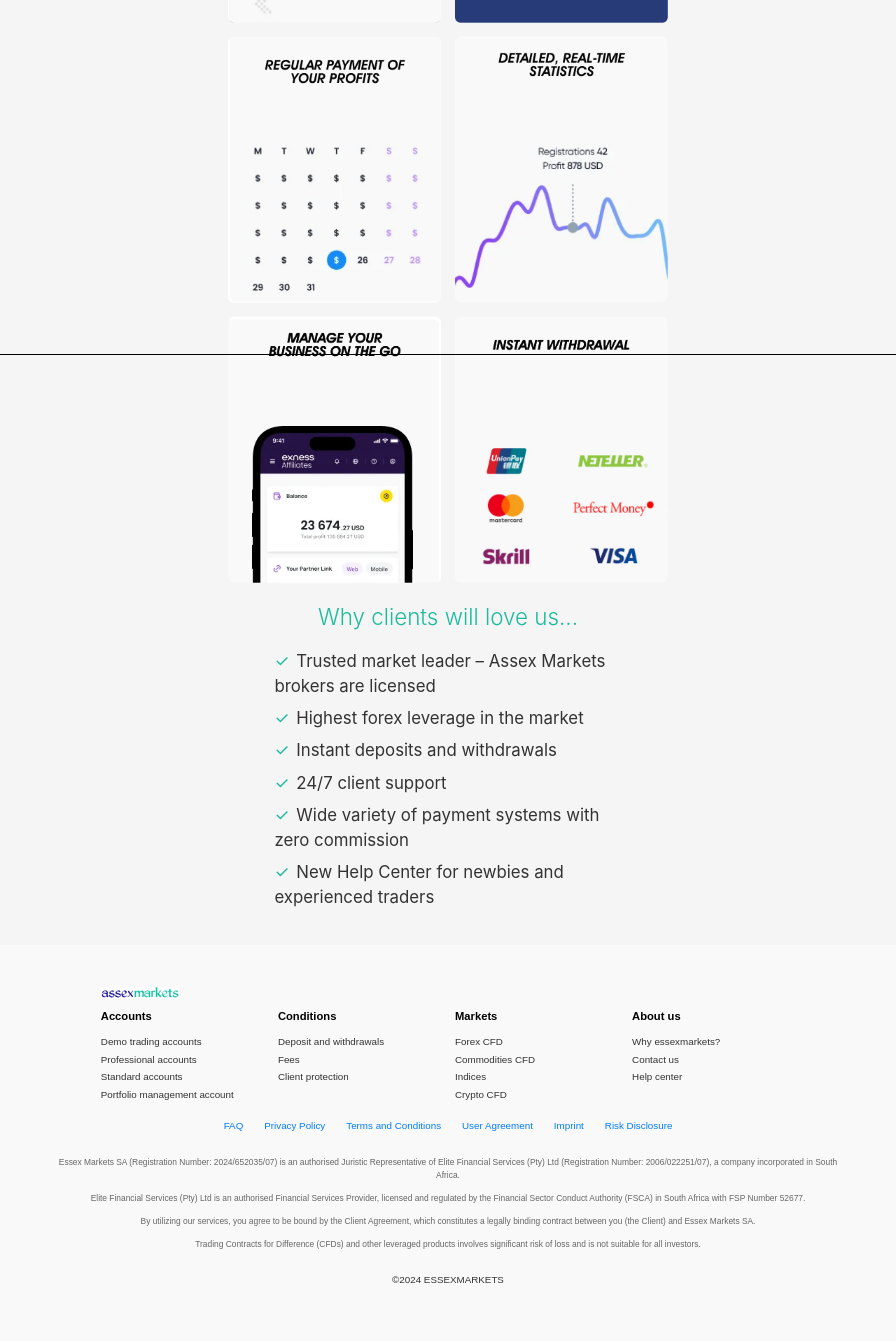
Repository: RevenewMarketing/Assex
Page: /partner
The author's editor kept a copy of each file at every save. The page is drawn from the files as they stood at one save, then again after the next save.
The browser window is 1280 px wide. The pictures show the part of the page from y = 2398 to 4318 px (the page is 4314 px tall before and 4318 px after), at 70% of full size.
The project was rebuilt for these pictures with package versions that can differ from the ones it lists, and the page was loaded fresh each time. Also part of the build but not shown: vite.config.ts, src/pages/home/sections/HeroSection.module.css, src/pages/home/sections/HeroSection.tsx, src/pages/home/sections/Section2.tsx, src/pages/home/sections/Section3.tsx, src/pages/home/sections/Section4.tsx, src/pages/home/sections/Section5.tsx, src/pages/home/sections/Section6.tsx and 10 more.

Above is the page before, as saved 2024-11-28 01:08:46.

### index.html
<!doctype html>
<html lang="en">
  <head>
    <meta charset="UTF-8" />
    <link rel="icon" type="image/svg+xml" href="/vite.svg" />
    <meta name="viewport" content="width=device-width, initial-scale=1.0" />
    <title>Assex</title>
  </head>
  <body>
    <div id="root"></div>
    <script type="module" src="/src/main.tsx"></script>
  </body>
</html>

### src/index.css
:root {
  font-family: Inter, system-ui, Avenir, Helvetica, Arial, sans-serif;
  line-height: 1.5;
  font-weight: 400;
  color-scheme: light dark;
  color: rgba(255, 255, 255, 0.87);
  background-color: #ffffff;
  font-synthesis: none;
  max-width: 1920px;
  margin: auto;
  text-rendering: optimizeLegibility;
  -webkit-font-smoothing: antialiased;
  -moz-osx-font-smoothing: grayscale;
}

a {
  font-weight: 500;
  color: #646cff;
  text-decoration: inherit;
}

a:hover {
  color: #535bf2;
}

body {
  margin: 0;
  display: flex;
  place-items: center;
  min-width: 320px;
  min-height: 100vh;
  background-color: #FFF;
  /* align-content: center; */
  flex-direction: column;
  justify-content: flex-start;
}

h1 {
  font-size: 3.2em;
  line-height: 1.1;
}

button {
  border-radius: 8px;
  border: 1px solid transparent;
  padding: 0.6em 1.2em;
  font-size: 1em;
  font-weight: 500;
  font-family: inherit;
  background-color: #1a1a1a;
  cursor: pointer;
  transition: border-color 0.25s;
}

button:hover {
  border-color: #646cff;
}

button:focus,
button:focus-visible {
  outline: 4px auto -webkit-focus-ring-color;
}

@media (prefers-color-scheme: light) {
  :root {
    color: #213547;
    background-color: #ffffff;
  }

  a:hover {
    color: #747bff;
  }

  button {
    background-color: #f9f9f9;
  }
}

### src/App.tsx

import './App.css'
// import Navigation from './pages/home/Navigation'
import NavigationMenu from './components/navigation-menu/NavigationMenu'

import { BrowserRouter, Route, Routes } from 'react-router';
import Home from './pages/home/Home';
import Footer from './components/footer-section/Footer';
import About from './pages/about/About';
import Partner from './pages/partner/Partner';

function App() {

  return (
    <>
    <BrowserRouter>
    <NavigationMenu />
    <Routes>
      <Route path="/" element={<Home />} />
      <Route path="/about" element={<About />} />
      <Route path="/partner" element={<Partner />} />
      {/* Define other routes */}
    </Routes>
    <Footer />
  </BrowserRouter>


    </>
  )
}

export default App

### src/App.css
#root {
  max-width: 1920px;
  width: 100%;
  margin: 0 auto;
  padding: 0;
  text-align: center;
}

.logo {
  height: 6em;
  padding: 1.5em;
  will-change: filter;
  transition: filter 300ms;
}
.logo:hover {
  filter: drop-shadow(0 0 2em #646cffaa);
}
.logo.react:hover {
  filter: drop-shadow(0 0 2em #61dafbaa);
}

@keyframes logo-spin {
  from {
    transform: rotate(0deg);
  }
  to {
    transform: rotate(360deg);
  }
}

@media (prefers-reduced-motion: no-preference) {
  a:nth-of-type(2) .logo {
    animation: logo-spin infinite 20s linear;
  }
}

.card {
  padding: 2em;
}

.read-the-docs {
  color: #888;
}

/* Auth Buttons */
.authButtons {
  /* margin-left: auto; */
  display: flex;
  gap: 10px;
}

### src/pages/partner/Partner.tsx
import Section1 from "./sections/Section1"
import Section2 from "./sections/Section2"
import Section3 from "./sections/Section3"


const Partner = () => {
  return (
    <div>
      <Section1 />
      <Section2 />
      <Section3 />
    </div>
  )
}

export default Partner

### src/components/navigation-menu/NavigationMenu.module.css
.navigationContainer {
  position: relative;
  font-family: Arial, sans-serif;
}

/* Navigation Bar */
.navigationBar {
  position: fixed;
  top: 0;
  left: 0;
  width: 100%;
  display: flex;
  background-color: #ffffff;
  padding: 10px 20px;
  box-sizing: border-box;
  z-index: 1001;
  justify-content: center;
}

/* Menu Item Container */
.menuItemContainer {
  margin-right: 20px;
}

/* Menu Items */
.menuItem {
  background: none;
  border: none;
  color: rgb(34, 34, 34);
  font-size: 16px;
  cursor: pointer;
  transition: opacity 0.3s;
}

.menuItem:hover {
  opacity: 0.7;
}

.active {
  opacity: 0.5;
}



.languageSelector {
  margin-left: 20px;
  display: flex;
  align-items: center;
  font-size: 14px;
  color: #000000d8;
  cursor: pointer;
}

.globeIcon {
  margin-right: 5px;

}

/* Submenu */
.submenu {
  position: fixed;
  top: 50px;
  left: 0;
  width: 100%;
  height: 300px;
  background-color: #ffffff;
  box-shadow: 0 4px 8px rgba(0, 0, 0, 0.2);
  padding: 20px;
  box-sizing: border-box;
  z-index: 1000;
  opacity: 0;
  transform: translateY(-100%);
}

.submenuContent {
  display: flex
  ;
      justify-content: flex-start;
      gap: 10dvw;
      padding: 0 5dvw;
}

.submenuSection h4 {
  color: #0000003d;
}

.submenuSection {
  text-align: left;
}

.submenuSection a {
  color: #000000;
  text-decoration: none;
  cursor: pointer;
  transition: color 0.3s;
}

.submenuSection a:hover {
  color: #00b074;
  transition: color 0.3s;
}

/* Fade In Animation */
.fadeIn {
  animation: slide-in-top 0.3s cubic-bezier(0.25, 0.46, 0.45, 0.94) forwards;
}

@keyframes slide-in-top {
  0% {
    transform: translateY(-100%);
    opacity: 0;
  }
  100% {
    transform: translateY(0);
    opacity: 1;
  }
}

/* Fade Out Animation */
.fadeOut {
  animation: slide-out-top 0.3s cubic-bezier(0.25, 0.46, 0.45, 0.94) forwards;
}

@keyframes slide-out-top {
  0% {
    transform: translateY(0);
    opacity: 1;
  }
  100% {
    transform: translateY(-100%);
    opacity: 0;
  }
}

/* Overlay */
.overlay {
  position: fixed;
  top: 50px;
  left: 0;
  width: 100%;
  height: calc(100% - 50px);
  background: rgba(0, 0, 0, 0.5);
  z-index: 999;
  opacity: 0;
  visibility: hidden;
  transition: opacity 0.3s ease, visibility 0.3s ease;
}

.fadeInOverlay {
  opacity: 1;
  visibility: visible;
  backdrop-filter: blur(5px);
}

.fadeOutOverlay {
  opacity: 0;
  visibility: hidden;
}

/* Page Content */
.pageContent {
  /* padding: 80px 20px 20px 20px; */
  transition: opacity 0.3s;
}

.dimmed {
  opacity: 0.3;
}

### src/components/ReusableButton.tsx

import styles from './GlobalComponentStyles.module.css';

type Props = {
  link?: string;
  text: string;
  type: 'register' | 'sign-in' | 'logout' | 'profile' | 'settings' | 'help' | 'free-trial' | 'learn-more' | 'dark' | 'light';
};

export default function ReusableButton({ link, text, type }: Props) {
  return (
      <button
      style={{
        backgroundColor: type === 'register' ? '#19BC9C' :
        type === 'sign-in' ? '#F4F6F7' :
        type === 'logout' ? '#FF6347' :
        type === 'profile' ? '#FFA07A' :
        type === 'settings' ? '#FF7F50' :
        type === 'help' ? '#FFA500' :
        type === 'free-trial' ? '#FFD700' :
        type === 'learn-more' ? '#FF4500' :
        type === 'dark' ? '#4C4B4D' :
        type === 'light' ? '#fff' : '#000',
        color: type === 'dark' ? '#fff' : '#000'
      }}
        className={styles.registerButton}
        onClick={() => window.open(link, '_blank')}
      >{text}
      </button>

  );
}

### src/components/footer-section/FooterStyles.module.css
.footerContainer {
  background-color: #f9f9f9;
  color: #333;
  padding: 60px 20px;
  font-family: Arial, sans-serif;
  font-size: 14px;
  line-height: 1.8;
}

.footerContainer h4 {
  font-size: 16px;
  font-weight: bold;
  margin-bottom: 10px;
  color: #000;
  text-align: left;
  margin-top: 0;
}

.footerContainer ul {
  list-style-type: none;
  padding: 0;
  margin: 0;
  text-align: left;
}

.footerContainer ul li {
  margin-bottom: 0px;
  cursor: pointer;
}

.footerContainer ul li:hover {
  color: #00b894;
}

.footerContainer .columnsContainer {
  display: flex;
  justify-content: space-between;
  gap: 20px;
  flex-wrap: wrap;
  margin-bottom: 40px;
  width: 80%;
  margin: auto;
}

.footerContainer .columnsContainer>div {
  flex: 1;
  min-width: 180px;
  /* Ensures alignment and proper spacing */
}



.footerContainer .linksContainer {
  text-align: center;
  margin: 20px 0 30px;
}

.footerContainer .linksContainer a {
  color: #007bff;
  text-decoration: none;
  margin: 0 15px;
  font-size: 14px;
}

.footerContainer .linksContainer a:hover {
  text-decoration: underline;
}

.footerContainer .details {
  font-size: 12px;
  color: #666;
  line-height: 1.5;
  margin: 20px auto;
  text-align: center;
  width: 90%;
}

.footerContainer .details p {
  margin-bottom: 15px;
}

.footerContainer .logoContainer {
  text-align: left;
  margin: auto;
  width: 80%;
}

.footerContainer .logoContainer img {
  max-width: 150px;
}

.footerContainer .copyright {
  text-align: center;
  font-size: 14px;
  margin-top: 30px;
}

### src/pages/partner/sections/Section1.tsx
import styles from './Section1.module.css';
import backgroundImage from '../../../assets/pages/Partner/1-hero-banner-partner.jpg';

const section1Content = {
  title: "ASSEX MARKETS PARTNERSHIP PROGRAMS",
  description: "Earn a stable income by introducing clients to a global market leader",
  backgroundImage: backgroundImage, // Replace with your background image path
  buttonLink: "https://my.assexmarkets.com/auth/register",
};

const Section1: React.FC = () => {
  return (
    <section
      style={{
        backgroundImage: `url(${section1Content.backgroundImage})`,
      }}
      className={styles.section1}
    >
      <div className={styles.overlay}></div>
      <div className={styles.content}>
        <h1 className={styles.title}>{section1Content.title}</h1>
        <p className={styles.description}>{section1Content.description}</p>
        <button onClick={
          () => {
            window.open(section1Content.buttonLink, "_blank");
        }} className={styles.startButton}>Start now</button>
      </div>
      <div className={styles.details}>
        <p>2000 Partners</p>
        <p>$12 Million Paid to the partners</p>
        <p>$110K Top partner payout per month</p>
      </div>
    </section>
  );
};

export default Section1;

### src/pages/partner/sections/Section2.tsx

import styles from './Section2.module.css';
import box1 from '../../../assets/pages/Partner/2-section1-icon1.png';
import box2 from '../../../assets/pages/Partner/2-section1-icon2.png';

const section2Content = {
  title: "What we offer",
  cards: [
    {
      icon: box1,
      title: "Introducing Broker Program",
      description: "You get up to 40% of our revenue Earn up to 40% of our revenue from every active trader you refer to us. If they’re trading, you’re earning.",
      buttonText: "Learn more"
    },
    {
      icon: box2,
      title: "Affiliate Program",
      description: "You get up to $1850 of our revenue We are leading the industry with scheduled and attractive payouts. We offer a range of commission plans, so you can choose the best fit for you.",
      buttonText: "Learn more"
    }
  ]
};

const Section2: React.FC = () => {
  return (
    <section className={styles.section2}>

      <h2 className={styles.title}>{section2Content.title}</h2>
      <div className={styles.cardsContainer}>
        {section2Content.cards.map((card, index) => (

          <div key={index} className={styles.card}>
            <img src={card.icon} alt="icon" className={styles.cardIcon} />
            <h3 className={styles.cardTitle}>{card.title}</h3>
            <p className={styles.cardDescription}>{card.description}</p>
            <button className={styles.learnMoreButton}>{card.buttonText}</button>
          </div>
        ))}
      </div>
    </section>
  );
};

export default Section2;

### src/pages/partner/sections/Section3.tsx

import styles from './Section3.module.css';
import globeImage from '../../../assets/pages/Partner/3-section2-card1.png';
import cardsImage1 from '../../../assets/pages/Partner/3-section2-card2.png';
import statsImage from '../../../assets/pages/Partner/3-section2-card3.png';
import phoneImage from '../../../assets/pages/Partner/3-section2-card4.png';
import cardsImage2 from '../../../assets/pages/Partner/3-section2-card5.png';
import cardImage3 from '../../../assets/pages/Partner/3-section2-card6.png';


const section3Content = {
  title: "Why become an Assex Markets partner?",
  images: [
    globeImage,
    cardsImage1,
    statsImage,
    phoneImage,
    cardsImage2,
    cardImage3
  ],
  reasons: [
    "Trusted market leader – Assex Markets brokers are licensed",
    "Highest forex leverage in the market",
    "Instant deposits and withdrawals",
    "24/7 client support",
    "Wide variety of payment systems with zero commission",
    "New Help Center for newbies and experienced traders"
  ]
};

const Section3: React.FC = () => {
  return (
    <section className={styles.section3}>
      <h2 className={styles.title}>{section3Content.title}</h2>
      <div className={styles.featuresContainer}>
        {section3Content.images.map((image, index) => (
          <img key={index} src={image} alt="featured Images"/>
        ))}
      </div>
      <h2 className={styles.reasonsTitle}>Why clients will love us...</h2>
      <ul className={styles.reasonsList}>
        {section3Content.reasons.map((reason, index) => (
          <li key={index} className={styles.reason}>{reason}</li>
        ))}
      </ul>
    </section>
  );
};

export default Section3;

### src/components/GlobalComponentStyles.module.css


.registerButton {
  background-color: #00b074;
  color: white;
  border: none;
  padding: 8px 16px;
  font-size: 14px;
  border-radius: 4px;
  cursor: pointer;
}

.signInButton {
  background-color: #f4f4f4;
  color: #333;
  border: 1px solid #ccc;
  padding: 8px 16px;
  font-size: 14px;
  border-radius: 4px;
  cursor: pointer;
}

### src/pages/partner/sections/Section1.module.css
.section1 {
  position: relative;
  background-size: cover;
  background-position: center;
  height: 760px;
  display: flex;
  align-items: center;
  justify-content: space-between;
  color: white;
  padding: 0 40px;
}

.overlay {
  position: absolute;
  top: 0;
  right: 0;
  width: 100%; /* Adjusts the gradient coverage */
  height: 100%;

  z-index: 1;
}

.content {
  position: relative;
  z-index: 2;
  max-width: 50%;
  text-align: left;
}

.content p {
  font-size: 1rem;
  line-height: 1.5;
}

.title {
  font-size: 4.5rem;
  font-weight: bold;
  margin-bottom: 20px;
  text-transform: uppercase;
}

.description {
  font-size: 2rem;
  line-height: 1.2;
  margin-bottom: 20px;
}

.startButton {
  padding: 10px 20px;
  background-color: #1ABC9C;
  color: white;
  border: none;
  border-radius: 5px;
  cursor: pointer;
  font-size: 1rem;
}

.details {
  position: relative;
  z-index: 2;
  max-width: 50%;
  text-align: left;
  margin-left: auto;
  width: 375px;
}

.details p {
  font-size: 2rem;
  line-height: 1.5;
}

### src/pages/partner/sections/Section2.module.css
.section2 {
  background-image: url("../../../assets/pages/Homepage/3-Section-3-BG.png");
  background-size: cover;
  background-position: center;
  color: white;
  padding: 40px 20px;
  text-align: center;
  min-height: 50dvh;
}

.title {
  font-size: 5rem;
  margin-bottom: 40px;
}

.cardsContainer {
  display: flex;
  justify-content: space-evenly;

}

.card {
  background-color: white;
  color: #000000;
  border-radius: 10px;
  padding: 3rem;
  flex: 1;
  max-width: 25%;
  text-align: left;
  display: flex;
  flex-direction: column;
  align-items: center;
  justify-content: space-between;
}

.cardIcon {
  width: 40px;
  margin: 0px;
  color: #1ABC9C;
  /* Blue color for the icon */
}

.cardTitle {
  font-size: 2rem;
  margin-bottom: 10px;
  color: #1ABC9C;
  font-weight: 400;
}

.cardDescription {
  font-size: 1.5rem;
  font-weight: 300;
  margin-bottom: 20px;
}

.learnMoreButton {
  padding: 10px 20px;
  background-color: #1ABC9C;
  /* Blue background for the button */
  color: white;
  border: none;
  border-radius: 5px;
  cursor: pointer;
  font-size: 1rem;
}

.learnMoreButton:hover {
  background-color: #1ABC9C;
  /* Darker blue on hover */
}

### src/pages/partner/sections/Section3.module.css
.section3 {
  background-color: #f5f5f5;
  /* Light background */
  color: #333;
  padding: 40px 20px;
  text-align: center;
}

.title {
  font-size: 5rem;
  margin-bottom: 40px;
  color: #1ABC9C;
  /* Blue color for the title */
}

.featuresContainer {
  display: flex;
  justify-content: center;
  gap: 20px;
  flex-wrap: wrap;
  margin-bottom: 40px;
  flex-direction: row;
  max-width: 65%;
  margin: auto;
  position: relative;
}

.featuresContainer img {
  transition: transform 0.3s ease;
}

.featuresContainer img:hover {
  transform: scale(1.05);
  transition: transform 0.3s ease;
  border: 1px solid #1ABC9C;
  border-radius: 10px;
}

.feature {
  background-color: white;
  border-radius: 10px;
  padding: 20px;
  flex: 1;
  max-width: 300px;
  text-align: center;
  box-shadow: 0 4px 8px rgba(0, 0, 0, 0.1);
}

.featureImage {
  max-width: 100%;
  height: auto;
  margin-bottom: 10px;
}

.featureTitle {
  font-size: 1.5rem;
  margin-bottom: 10px;
  color: #1ABC9C;
  /* Blue color for the title */
}

.featureDescription {
  list-style-type: none;
  padding: 0;
}

.featureDescription li {
  font-size: 1rem;
  margin-bottom: 5px;
}

.reasonsTitle {
  font-size: 2rem;
  margin-bottom: 20px;
  color: #1ABC9C;
  font-weight: 300;
}

.reasonsList {
  list-style-type: none;
  padding: 0;
  text-align: left;
  margin: auto;
  max-width: 40%;
}

.reason {
  font-size: 1.5rem;
  margin-bottom: 10px;
}

.reason::before {
  content: "✓";
  color: #1ABC9C;
  /* Blue color for the checkmark */
  margin-right: 10px;
}

Loaded but not shown: src/main.tsx (common file); src/components/navigation-menu/NavigationMenu.tsx (254 lines, source omitted); src/components/footer-section/Footer.tsx (87 lines, source omitted)

After the next save:
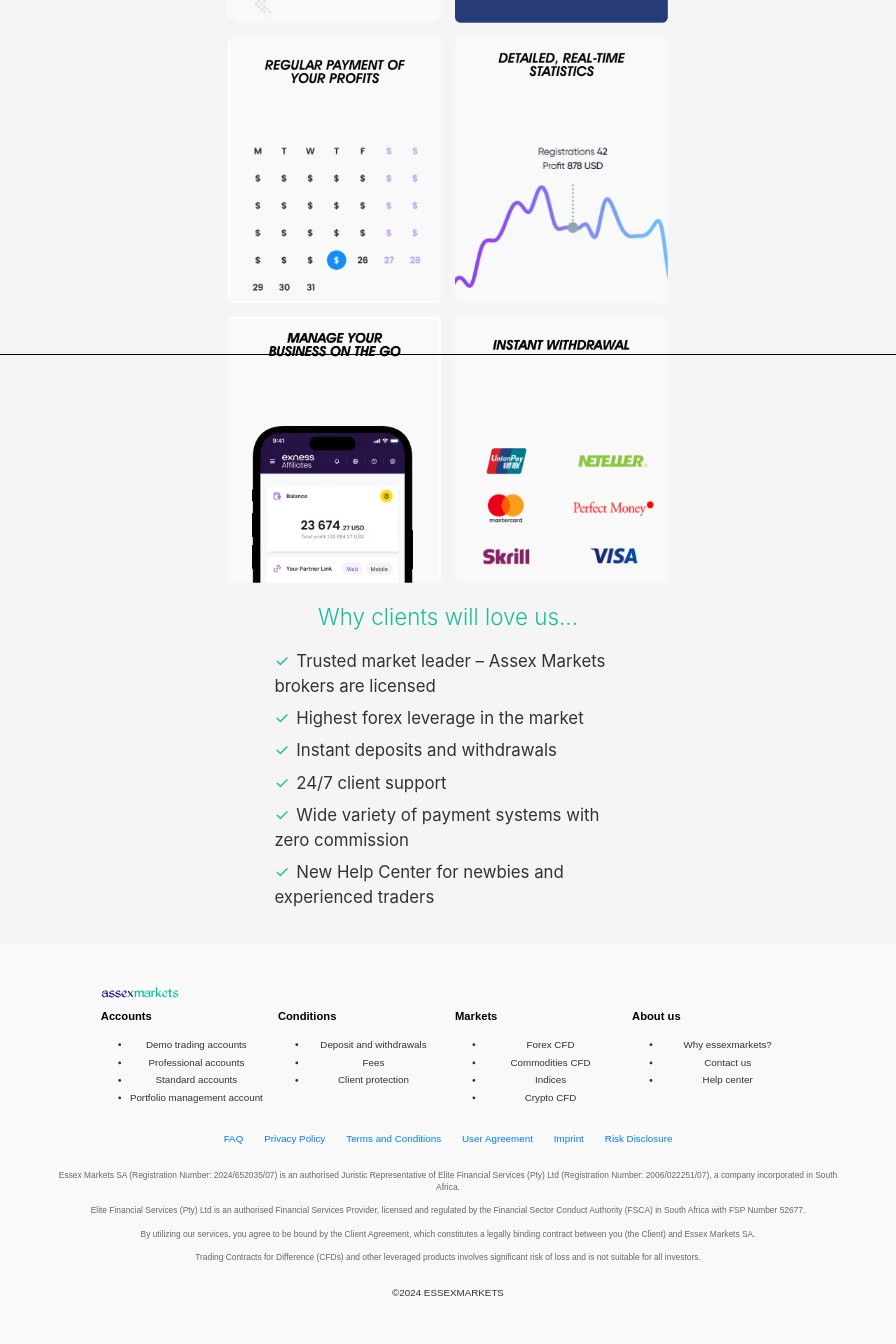
Saved 28 s later.
--- a/src/components/footer-section/FooterStyles.module.css
+++ b/src/components/footer-section/FooterStyles.module.css
@@ -16,20 +16,8 @@
   margin-top: 0;
 }
 
-.footerContainer ul {
-  list-style-type: none;
-  padding: 0;
+.footerContainer p {
   margin: 0;
-  text-align: left;
-}
-
-.footerContainer ul li {
-  margin-bottom: 0px;
-  cursor: pointer;
-}
-
-.footerContainer ul li:hover {
-  color: #00b894;
 }
 
 .footerContainer .columnsContainer {

After the save that followed:
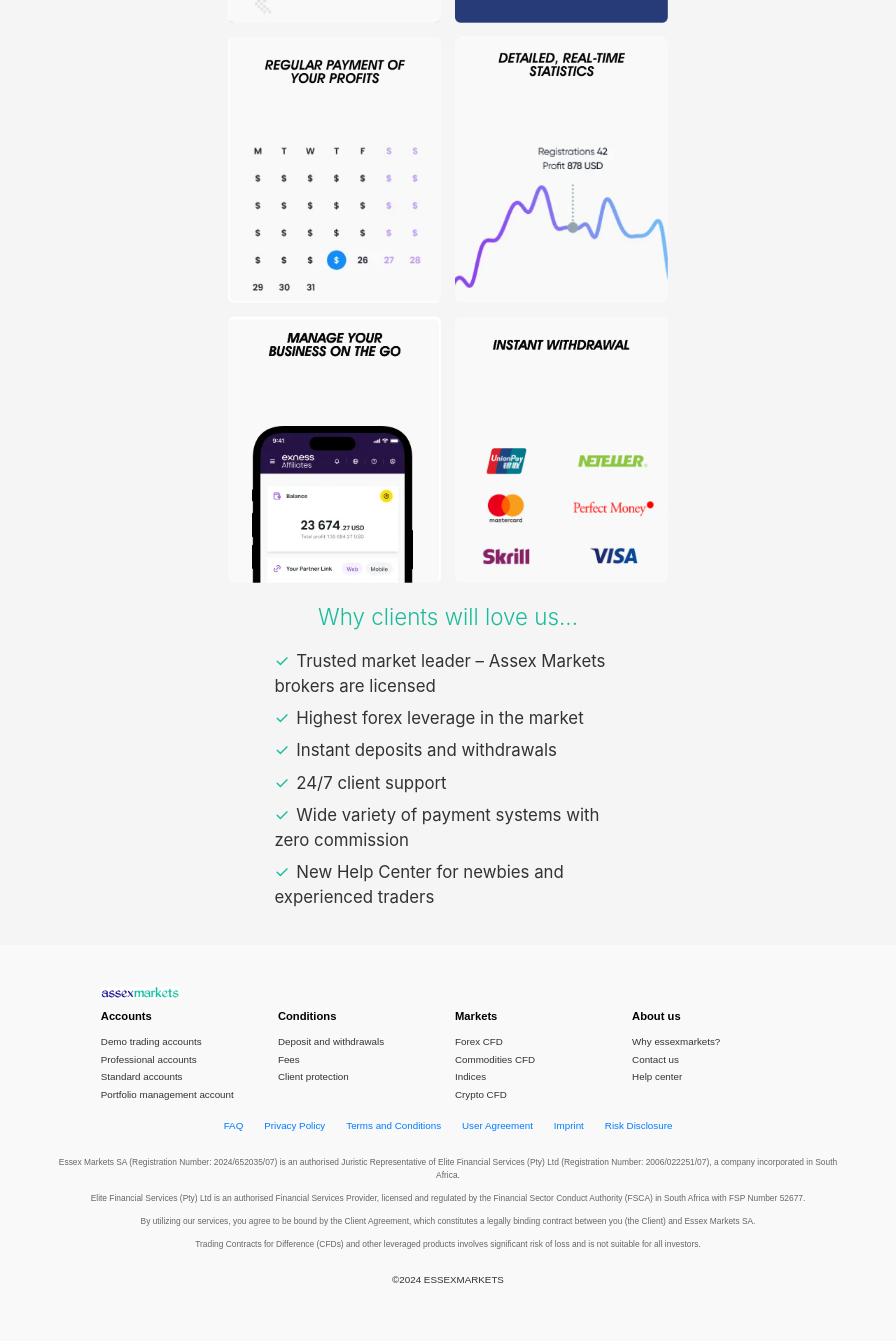
Saved 5 s later.
--- a/src/components/footer-section/FooterStyles.module.css
+++ b/src/components/footer-section/FooterStyles.module.css
@@ -16,8 +16,20 @@
   margin-top: 0;
 }
 
-.footerContainer p {
+.footerContainer ul {
+  list-style-type: none;
+  padding: 0;
   margin: 0;
+  text-align: left;
+}
+
+.footerContainer ul li {
+  margin-bottom: 0px;
+  cursor: pointer;
+}
+
+.footerContainer ul li:hover {
+  color: #00b894;
 }
 
 .footerContainer .columnsContainer {
